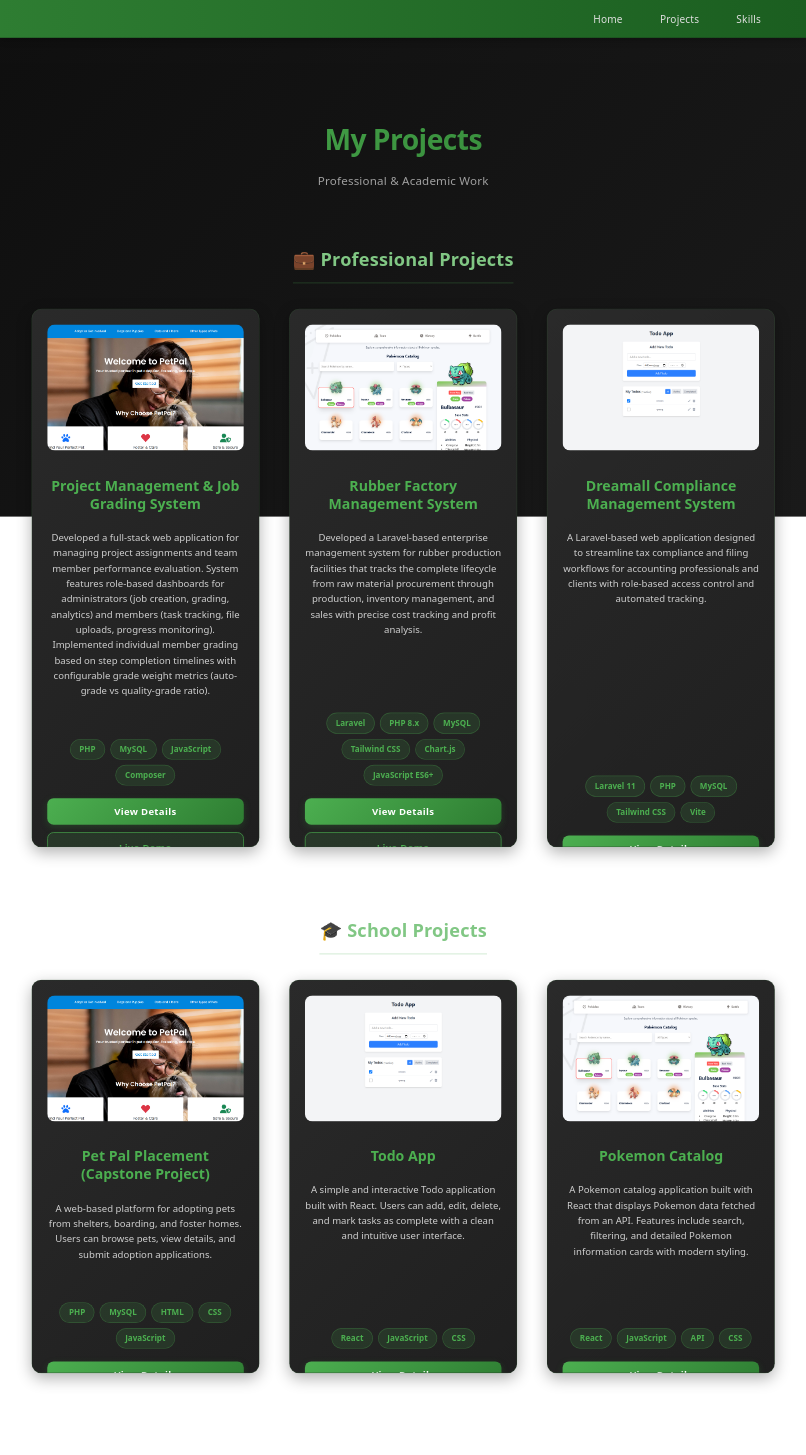
Repository: SAYANA11/portfolio
Page: /Projects
The author's editor kept a copy of each file at every save. The page is drawn from the files as they stood at one save, then again after the next save.
The browser window is 1280 px wide. The pictures show the whole page, at 63% of full size.
The project was rebuilt for these pictures with package versions that can differ from the ones it lists, and the page was loaded fresh each time. Also part of the build but not shown: vite.config.js, src/components/Hero.jsx, src/components/Skills.css, src/components/Skills.jsx.

Above is the page before, as saved 2026-02-17 16:41:27.

### index.html
<!doctype html>
<html lang="en">
  <head>
    <meta charset="UTF-8" />
    <link rel="icon" type="image/svg+xml" href="/vite.svg" />
    <meta name="viewport" content="width=device-width, initial-scale=1.0" />
    <title>Muhammad Husayn Aiyub - Portfolio</title>
  </head>
  <body>
    <div id="root"></div>
    <script type="module" src="/src/main.jsx"></script>
  </body>
</html>

### src/index.css
:root {
  font-family: system-ui, Avenir, Helvetica, Arial, sans-serif;
  line-height: 1.5;
  font-weight: 400;

  color-scheme: light dark;
  color: rgba(255, 255, 255, 0.87);
  background-color: #242424;

  font-synthesis: none;
  text-rendering: optimizeLegibility;
  -webkit-font-smoothing: antialiased;
  -moz-osx-font-smoothing: grayscale;
}
/* Add in index.css or global style file */

a {
  font-weight: 500;
  color: #646cff;
  text-decoration: inherit;
}
a:hover {
  color: #535bf2;
}

html, body, #root {
  height: 100%;
  margin: 0;
  padding: 0;
}

body {
  margin: 0;
  min-width: 320px;
  background: linear-gradient(135deg, #0f0f0f 0%, #1a1a1a 100%);
  min-height: 100vh;
  position: relative;
}

body::before {
  content: '';
  position: fixed;
  top: 0;
  left: 0;
  right: 0;
  bottom: 0;
  background: linear-gradient(135deg, #0f0f0f 0%, #1a1a1a 100%);
  z-index: -1;
}

h1 {
  font-size: 3.2em;
  line-height: 1.1;
}

button {
  border-radius: 8px;
  border: 1px solid transparent;
  padding: 0.6em 1.2em;
  font-size: 1em;
  font-weight: 500;
  font-family: inherit;
  background-color: #1a1a1a;
  cursor: pointer;
  transition: border-color 0.25s;
}
button:hover {
  border-color: #646cff;
}
button:focus,
button:focus-visible {
  outline: 4px auto -webkit-focus-ring-color;
}

@media (prefers-color-scheme: light) {
  :root {
    color: #213547;
    background-color: #ffffff;
  }
  a:hover {
    color: #747bff;
  }
  button {
    background-color: #f9f9f9;
  }
}

### src/App.jsx
import React from "react";
import { BrowserRouter as Router, Routes, Route } from "react-router-dom";
import NavBar from "./components/Navbar";
import Hero from "./components/Hero";
import Projects from "./components/Projects";
import Skills from "./components/Skills";

function App() {
  return (
    <Router>
      <NavBar />
      <Routes>
        <Route path="/" element={<Hero />} />
        <Route path="/Projects" element={<Projects />} />
        <Route path="/Skills" element={<Skills />} />
      </Routes>
    </Router>
  );
}

export default App;

### src/components/Navbar.jsx
import React from "react";
import { Link } from "react-router-dom";
import "./Navbar.css";

const NavBar = () => {
  return (
    <nav className="navbar">
      <ul>
        <li>
          <Link to="/">Home</Link>
        </li>
        <li>
          <Link to="/Projects">Projects</Link>
        </li>
        <li>
          <Link to="/Skills">Skills</Link>
        </li>
      </ul>
    </nav>
  );
};

export default NavBar;

### src/components/Navbar.css
.navbar {
    background: linear-gradient(90deg, #2e7d32 0%, #1b5e20 100%);
    color: white;
    padding: 15px 40px;
    position: fixed;
    width: 100%;
    height: 60px;
    top: 0;
    z-index: 1000;
    display: flex;
    align-items: center;
    justify-content: flex-end;
    box-shadow: 0 4px 12px rgba(0, 0, 0, 0.3);
    backdrop-filter: blur(10px);
    box-sizing: border-box;
}

.navbar ul {
    list-style: none;
    padding: 0;
    margin: 0 20px 0 0;
    display: flex;
    gap: 35px;
}

.navbar ul li {
    font-size: 16px;
    transition: all 0.3s cubic-bezier(0.4, 0, 0.2, 1);
    position: relative;
}

.navbar ul li a {
    color: #e0e0e0;
    text-decoration: none;
    transition: all 0.3s cubic-bezier(0.4, 0, 0.2, 1);
    padding: 8px 12px;
    display: block;
    border-radius: 6px;
    font-weight: 500;
    letter-spacing: 0.3px;
}

.navbar ul li a::after {
    content: '';
    position: absolute;
    bottom: 0;
    left: 0;
    width: 0;
    height: 2px;
    background: #ffd700;
    transition: width 0.3s ease;
    border-radius: 2px;
}

.navbar ul li a:hover {
    color: white;
    background: rgba(76, 175, 80, 0.2);
}

.navbar ul li a:hover::after {
    width: 100%;
}

/* Responsive */
@media (max-width: 768px) {
    .navbar ul {
        gap: 10px; /* Reduce spacing for smaller screens */
        margin: 0 10px 0 0; /* Adjust margin for smaller screens */
    }

    .navbar ul li {
        font-size: 16px; /* Adjust font size for smaller screens */
    }
}

### src/components/Projects.css
/* Projects Container */
.projects-container {
  margin-top: 100px;
  padding: 50px 40px;
  max-width: 1200px;
  margin-left: auto;
  margin-right: auto;
  background: transparent;
  border-radius: 0;
  box-shadow: none;
  text-align: center;
}

.projects-title {
  font-size: 2.8rem;
  font-weight: 700;
  background: linear-gradient(135deg, #4caf50, #2e7d32);
  -webkit-background-clip: text;
  -webkit-text-fill-color: transparent;
  background-clip: text;
  margin-bottom: 8px;
  letter-spacing: -0.02em;
}

.projects-subtitle {
  font-size: 1.15rem;
  color: #a0a0a0;
  margin-bottom: 60px;
  font-weight: 400;
  letter-spacing: 0.3px;
}

/* Projects Section */
.projects-section {
  margin-bottom: 80px;
}

.section-heading {
  font-size: 1.8rem;
  font-weight: 700;
  color: #81c784;
  margin-bottom: 40px;
  letter-spacing: 0.3px;
  padding-bottom: 16px;
  border-bottom: 2px solid rgba(76, 175, 80, 0.2);
  display: inline-block;
  min-width: 200px;
}

/* Projects List */
.projects-list {
  list-style: none;
  padding: 0;
  margin: 0;
  display: grid;
  grid-template-columns: repeat(auto-fit, minmax(320px, 1fr));
  gap: 28px;
  justify-items: center;
}

.project-item {
  flex: 0 1 calc(33.333% - 20px);
  width: 100%;
  max-width: 360px;
  background: linear-gradient(135deg, #2a2a2a 0%, #1f1f1f 100%);
  border: 1px solid rgba(76, 175, 80, 0.15);
  border-radius: 16px;
  box-shadow: 0 8px 24px rgba(0, 0, 0, 0.3);
  overflow: hidden;
  transition: all 0.3s cubic-bezier(0.4, 0, 0.2, 1);
}

.project-item:hover {
  transform: translateY(-8px);
  box-shadow: 0 16px 48px rgba(46, 125, 50, 0.25);
  border-color: rgba(76, 175, 80, 0.4);
}

/* Project Card */
.project-card {
  padding: 24px;
  text-align: center;
  display: flex;
  flex-direction: column;
  height: 100%;
}

.project-image {
  width: 100%;
  height: 200px;
  object-fit: cover;
  border-radius: 12px;
  margin-bottom: 18px;
  transition: transform 0.3s ease;
}

.project-item:hover .project-image {
  transform: scale(1.05);
}

.project-title {
  font-size: 1.4rem;
  font-weight: 700;
  color: #4caf50;
  margin-bottom: 12px;
  line-height: 1.3;
}

.project-description {
  font-size: 0.95rem;
  color: #d0d0d0;
  margin-bottom: 16px;
  line-height: 1.6;
  flex-grow: 1;
}

/* Project Technologies */
.project-technologies {
  display: flex;
  flex-wrap: wrap;
  gap: 8px;
  margin-bottom: 20px;
  justify-content: center;
}

.tech-tag {
  display: inline-block;
  padding: 6px 14px;
  background-color: rgba(76, 175, 80, 0.15);
  color: #4caf50;
  border-radius: 20px;
  font-size: 0.8rem;
  font-weight: 600;
  border: 1px solid rgba(76, 175, 80, 0.3);
  transition: all 0.3s ease;
}

.tech-tag:hover {
  background-color: rgba(76, 175, 80, 0.25);
  border-color: rgba(76, 175, 80, 0.5);
}

/* Buttons Container */
.project-buttons {
  display: flex;
  gap: 12px;
  flex-wrap: wrap;
  justify-content: center;
}

/* Project Button Styles */
.project-button {
  display: inline-flex;
  align-items: center;
  justify-content: center;
  padding: 11px 24px;
  font-size: 0.95rem;
  font-weight: 600;
  text-decoration: none;
  border-radius: 10px;
  transition: all 0.3s cubic-bezier(0.4, 0, 0.2, 1);
  border: none;
  cursor: pointer;
  letter-spacing: 0.5px;
  flex: 1;
  min-width: 140px;
}

.project-button-primary {
  background: linear-gradient(135deg, #4caf50, #2e7d32);
  color: #ffffff;
  box-shadow: 0 4px 12px rgba(46, 125, 50, 0.3);
}

.project-button-primary:hover {
  transform: translateY(-3px);
  box-shadow: 0 8px 20px rgba(46, 125, 50, 0.4);
}

.project-button-secondary {
  background: rgba(76, 175, 80, 0.15);
  color: #4caf50;
  border: 1.5px solid #4caf50;
  box-shadow: 0 2px 8px rgba(76, 175, 80, 0.1);
}

.project-button-secondary:hover {
  background: rgba(76, 175, 80, 0.25);
  border-color: #81c784;
  color: #81c784;
  transform: translateY(-2px);
  box-shadow: 0 6px 16px rgba(76, 175, 80, 0.2);
}

/* Responsive Design */
@media (max-width: 1024px) {
  .projects-container {
    padding: 40px 30px;
  }

  .projects-list {
    grid-template-columns: repeat(auto-fit, minmax(280px, 1fr));
    gap: 24px;
  }

  .projects-title {
    font-size: 2.2rem;
  }

  .section-heading {
    font-size: 1.5rem;
  }
}

@media (max-width: 768px) {
  .projects-container {
    margin-top: 80px;
    padding: 30px 20px;
  }

  .projects-list {
    grid-template-columns: 1fr;
    gap: 20px;
  }

  .projects-title {
    font-size: 1.9rem;
  }

  .section-heading {
    font-size: 1.4rem;
    margin-bottom: 30px;
  }

  .project-description {
    font-size: 0.9rem;
  }

  .project-buttons {
    gap: 10px;
  }

  .project-button {
    padding: 10px 18px;
    font-size: 0.9rem;
    min-width: 120px;
    flex: auto;
  }
}

/* Modal Styles */
.modal-overlay {
  position: fixed;
  top: 0;
  left: 0;
  right: 0;
  bottom: 0;
  background-color: rgba(0, 0, 0, 0.6);
  display: flex;
  align-items: center;
  justify-content: center;
  z-index: 1000;
  padding: 20px;
  animation: fadeInOverlay 0.3s ease;
  backdrop-filter: blur(4px);
}

@keyframes fadeInOverlay {
  from {
    opacity: 0;
  }
  to {
    opacity: 1;
  }
}

.modal-content {
  background: linear-gradient(135deg, #2a2a2a 0%, #1f1f1f 100%);
  border: 1px solid rgba(76, 175, 80, 0.15);
  border-radius: 16px;
  max-width: 600px;
  width: 100%;
  max-height: 90vh;
  overflow-y: auto;
  box-shadow: 0 20px 60px rgba(0, 0, 0, 0.5);
  display: flex;
  flex-direction: column;
  animation: slideInModal 0.3s cubic-bezier(0.4, 0, 0.2, 1);
}

@keyframes slideInModal {
  from {
    transform: translateY(-50px);
    opacity: 0;
  }
  to {
    transform: translateY(0);
    opacity: 1;
  }
}

.modal-header {
  padding: 28px 28px 16px;
  display: flex;
  justify-content: space-between;
  align-items: center;
  border-bottom: 1px solid rgba(76, 175, 80, 0.15);
}

.modal-title {
  font-size: 1.8rem;
  font-weight: 700;
  color: #4caf50;
  margin: 0;
  text-align: left;
}

.modal-close-btn {
  background: none;
  border: none;
  color: #a0a0a0;
  font-size: 1.5rem;
  cursor: pointer;
  transition: color 0.3s ease;
  padding: 0;
  width: 32px;
  height: 32px;
  display: flex;
  align-items: center;
  justify-content: center;
}

.modal-close-btn:hover {
  color: #4caf50;
}

.modal-body {
  padding: 28px;
  flex: 1;
  overflow-y: auto;
}

.modal-image {
  width: 100%;
  height: 280px;
  object-fit: cover;
  border-radius: 12px;
  margin-bottom: 20px;
}

.modal-description {
  color: #d0d0d0;
  font-size: 0.95rem;
  line-height: 1.7;
  margin-bottom: 24px;
  text-align: left;
}

.modal-description p {
  margin: 0 0 12px 0;
}

.modal-technologies {
  margin-bottom: 24px;
}

.tech-label {
  font-size: 0.95rem;
  font-weight: 700;
  color: #4caf50;
  margin: 0 0 12px 0;
  text-align: left;
}

.modal-tech-tags {
  display: flex;
  flex-wrap: wrap;
  gap: 10px;
}

.modal-tech-tag {
  display: inline-block;
  padding: 8px 16px;
  background-color: rgba(76, 175, 80, 0.15);
  color: #4caf50;
  border-radius: 20px;
  font-size: 0.85rem;
  font-weight: 600;
  border: 1px solid rgba(76, 175, 80, 0.3);
  transition: all 0.3s ease;
}

.modal-tech-tag:hover {
  background-color: rgba(76, 175, 80, 0.25);
  border-color: rgba(76, 175, 80, 0.5);
}

.modal-footer {
  padding: 20px 28px;
  border-top: 1px solid rgba(76, 175, 80, 0.15);
  display: flex;
  gap: 12px;
  flex-wrap: wrap;
}

.modal-button {
  flex: 1;
  padding: 12px 20px;
  background: linear-gradient(135deg, #4caf50, #2e7d32);
  color: #ffffff;
  text-decoration: none;
  border: none;
  border-radius: 10px;
  font-size: 0.95rem;
  font-weight: 600;
  cursor: pointer;
  transition: all 0.3s cubic-bezier(0.4, 0, 0.2, 1);
  display: flex;
  align-items: center;
  justify-content: center;
  box-shadow: 0 4px 12px rgba(46, 125, 50, 0.3);
  letter-spacing: 0.5px;
}

.modal-button:hover {
  transform: translateY(-2px);
  box-shadow: 0 6px 16px rgba(46, 125, 50, 0.4);
}

.modal-button-close {
  background: rgba(76, 175, 80, 0.15);
  color: #4caf50;
  border: 1.5px solid #4caf50;
  box-shadow: 0 2px 8px rgba(76, 175, 80, 0.1);
}

.modal-button-close:hover {
  background: rgba(76, 175, 80, 0.25);
  border-color: #81c784;
  color: #81c784;
}
  color: #4caf50;
  margin: 0;
  line-height: 1.3;
  flex: 1;
}

.modal-close-btn {
  background: none;
  border: none;
  font-size: 2rem;
  color: #a0a0a0;
  cursor: pointer;
  transition: color 0.3s ease;
  padding: 0;
  width: 40px;
  height: 40px;
  display: flex;
  align-items: center;
  justify-content: center;
  border-radius: 8px;
  margin-left: 16px;
}

.modal-close-btn:hover {
  color: #4caf50;
  background-color: rgba(76, 175, 80, 0.1);
}

.modal-body {
  padding: 24px 28px;
  flex: 1;
}

.modal-image {
  width: 100%;
  height: 300px;
  object-fit: cover;
  border-radius: 12px;
  margin-bottom: 20px;
  border: 1px solid rgba(76, 175, 80, 0.15);
}

.modal-description {
  font-size: 1rem;
  color: #d0d0d0;
  line-height: 1.8;
  margin-bottom: 24px;
  letter-spacing: 0.3px;
}

.modal-description p {
  margin-bottom: 12px;
  font-size: 0.95rem;
  color: #d0d0d0;
  line-height: 1.7;
  letter-spacing: 0.2px;
}

.modal-description p:last-child {
  margin-bottom: 0;
}

.modal-technologies {
  margin-bottom: 20px;
}

.tech-label {
  font-size: 1rem;
  font-weight: 700;
  color: #4caf50;
  margin: 0 0 12px 0;
  letter-spacing: 0.5px;
}

.modal-tech-tags {
  display: flex;
  flex-wrap: wrap;
  gap: 10px;
}

.modal-tech-tag {
  display: inline-block;
  padding: 8px 16px;
  background-color: rgba(76, 175, 80, 0.15);
  color: #4caf50;
  border-radius: 20px;
  font-size: 0.85rem;
  font-weight: 600;
  border: 1px solid rgba(76, 175, 80, 0.3);
  transition: all 0.3s ease;
}

.modal-tech-tag:hover {
  background-color: rgba(76, 175, 80, 0.25);
  border-color: rgba(76, 175, 80, 0.5);
}

.modal-footer {
  padding: 20px 28px 28px;
  border-top: 1px solid rgba(76, 175, 80, 0.15);
  display: flex;
  gap: 12px;
}

.modal-button {
  flex: 1;
  padding: 14px 28px;
  background: linear-gradient(135deg, #4caf50, #2e7d32);
  color: #ffffff;
  font-size: 1rem;
  font-weight: 700;
  text-decoration: none;
  border-radius: 8px;
  border: none;
  cursor: pointer;
  transition: all 0.3s cubic-bezier(0.4, 0, 0.2, 1);
  box-shadow: 0 4px 12px rgba(46, 125, 50, 0.3);
  text-align: center;
  letter-spacing: 0.5px;
}

.modal-button:hover {
  transform: translateY(-2px);
  box-shadow: 0 8px 20px rgba(46, 125, 50, 0.4);
  background: linear-gradient(135deg, #5bc45e, #3da140);
}

/* Modal Responsive Design */
@media (max-width: 768px) {
  .modal-content {
    max-width: 95%;
    border-radius: 12px;
  }

  .modal-header {
    padding: 20px 20px 12px;
  }

  .modal-title {
    font-size: 1.5rem;
  }

  .modal-body {
    padding: 18px 20px;
  }

  .modal-image {
    height: 240px;
    margin-bottom: 16px;
  }

  .modal-description {
    font-size: 0.95rem;
  }

  .modal-footer {
    padding: 16px 20px 20px;
  }

  .modal-button {
    padding: 12px 20px;
    font-size: 0.95rem;
  }
}

@media (max-width: 480px) {
  .projects-container {
    margin-top: 70px;
    padding: 20px 15px;
  }

  .projects-title {
    font-size: 1.6rem;
  }

  .projects-subtitle {
    font-size: 1rem;
  }

  .project-card {
    padding: 18px;
  }

  .project-image {
    height: 160px;
    margin-bottom: 12px;
  }

  .project-title {
    font-size: 1.15rem;
  }

  .project-description {
    font-size: 0.85rem;
  }

  .tech-tag {
    font-size: 0.75rem;
    padding: 5px 10px;
  }

  .modal-overlay {
    padding: 10px;
  }

  .modal-content {
    max-width: 100%;
    max-height: 95vh;
  }

  .modal-header {
    padding: 16px;
  }

  .modal-title {
    font-size: 1.3rem;
  }

  .modal-close-btn {
    font-size: 1.8rem;
    width: 36px;
    height: 36px;
  }

  .modal-body {
    padding: 16px;
  }

  .modal-image {
    height: 200px;
    margin-bottom: 14px;
  }

  .modal-description {
    font-size: 0.9rem;
    line-height: 1.6;
  }

  .tech-label {
    font-size: 0.95rem;
  }

  .modal-tech-tag {
    font-size: 0.75rem;
    padding: 6px 12px;
  }

  .modal-footer {
    padding: 14px 16px 16px;
    flex-direction: column;
  }

  .modal-button {
    padding: 12px 20px;
    font-size: 0.9rem;
  }
}

Loaded but not shown: src/main.jsx (common file); src/components/Projects.jsx (188 lines, source omitted); src/components/Hero.css (512 lines, source omitted)

After the next save:
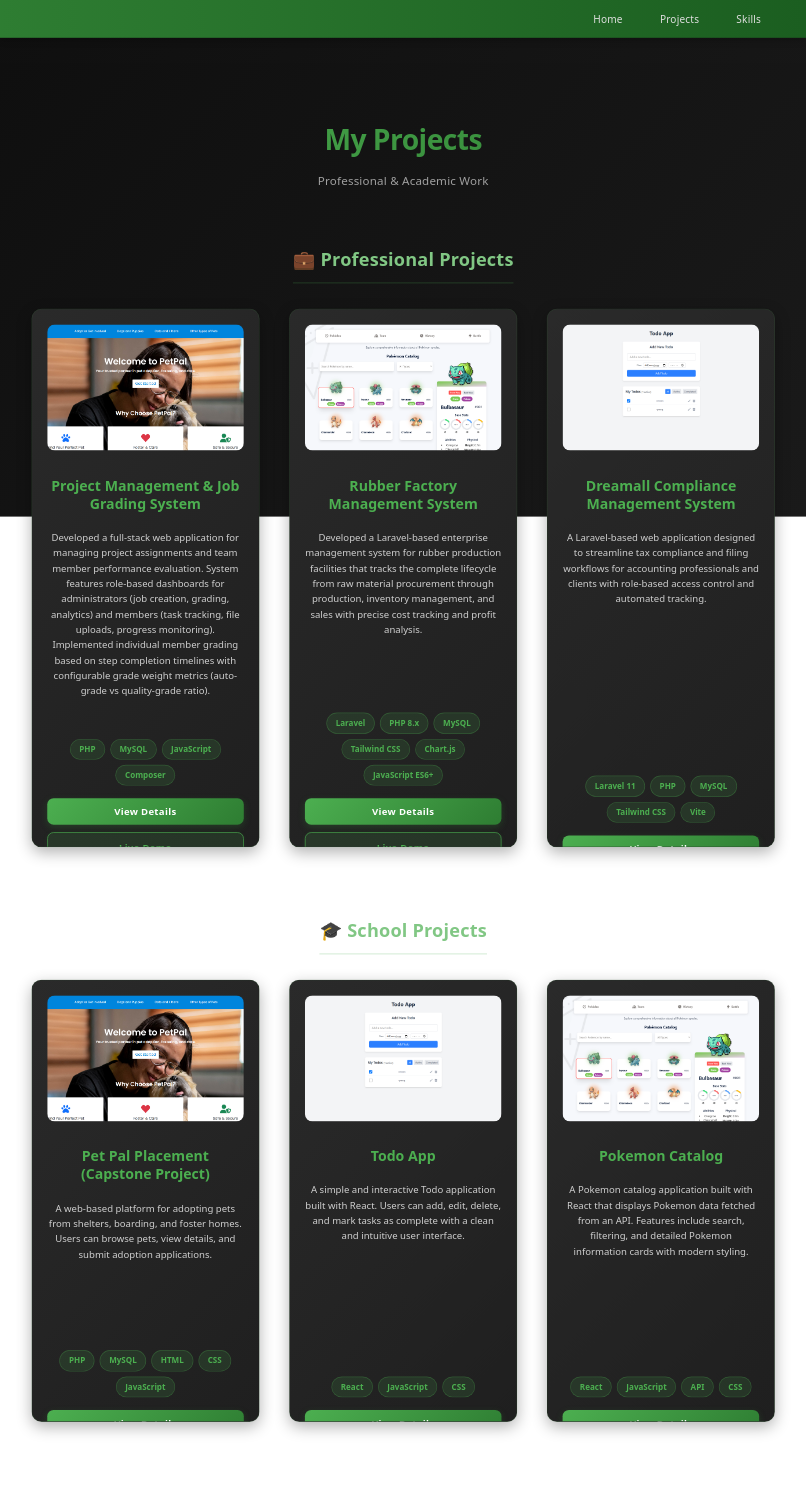
Saved 21 min 28 s later.
--- a/src/components/Projects.css
+++ b/src/components/Projects.css
@@ -62,6 +62,7 @@
   flex: 0 1 calc(33.333% - 20px);
   width: 100%;
   max-width: 360px;
+  min-height: 700px;
   background: linear-gradient(135deg, #2a2a2a 0%, #1f1f1f 100%);
   border: 1px solid rgba(76, 175, 80, 0.15);
   border-radius: 16px;
